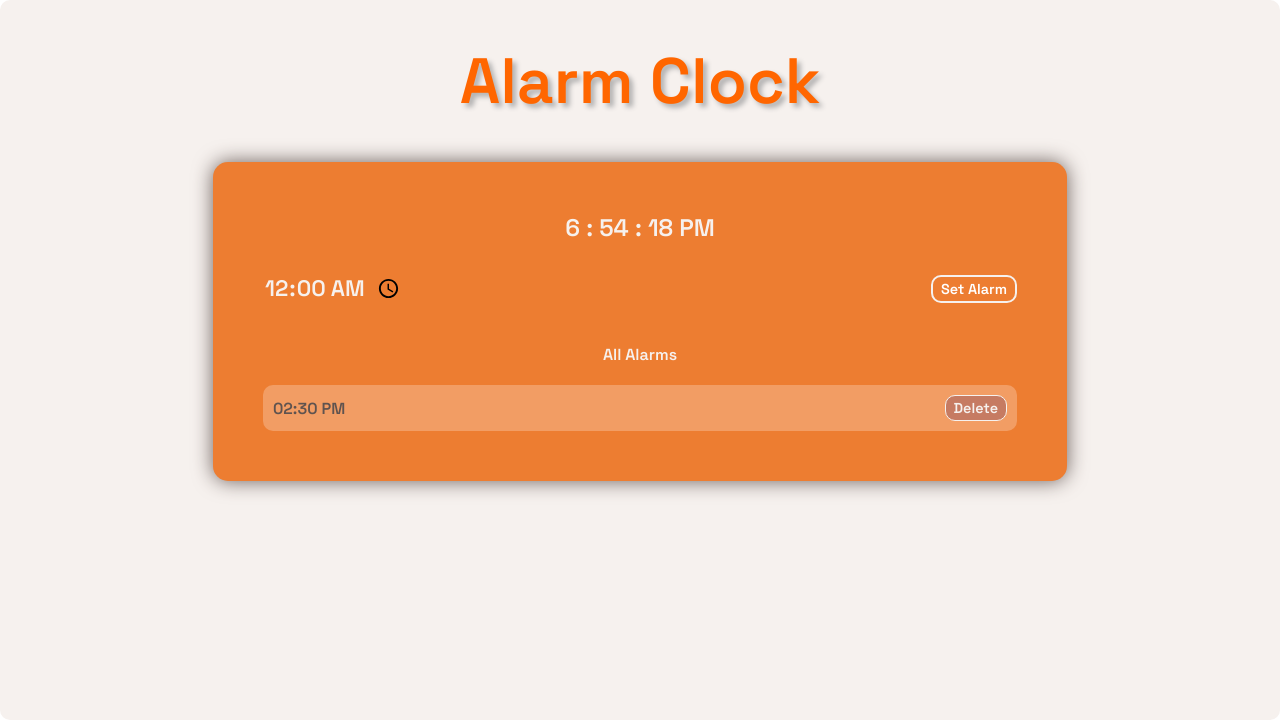
Repository: Pragya016/Alarm-Clock
Page: Index.html
These files come from the project's save history. The page is drawn as it stood at one moment and after the next save; the edit follows.
The browser window is 1280 px wide. The pictures show the whole page.

Above is the page before, as saved 2024-01-19 22:25:54.

After the next save:
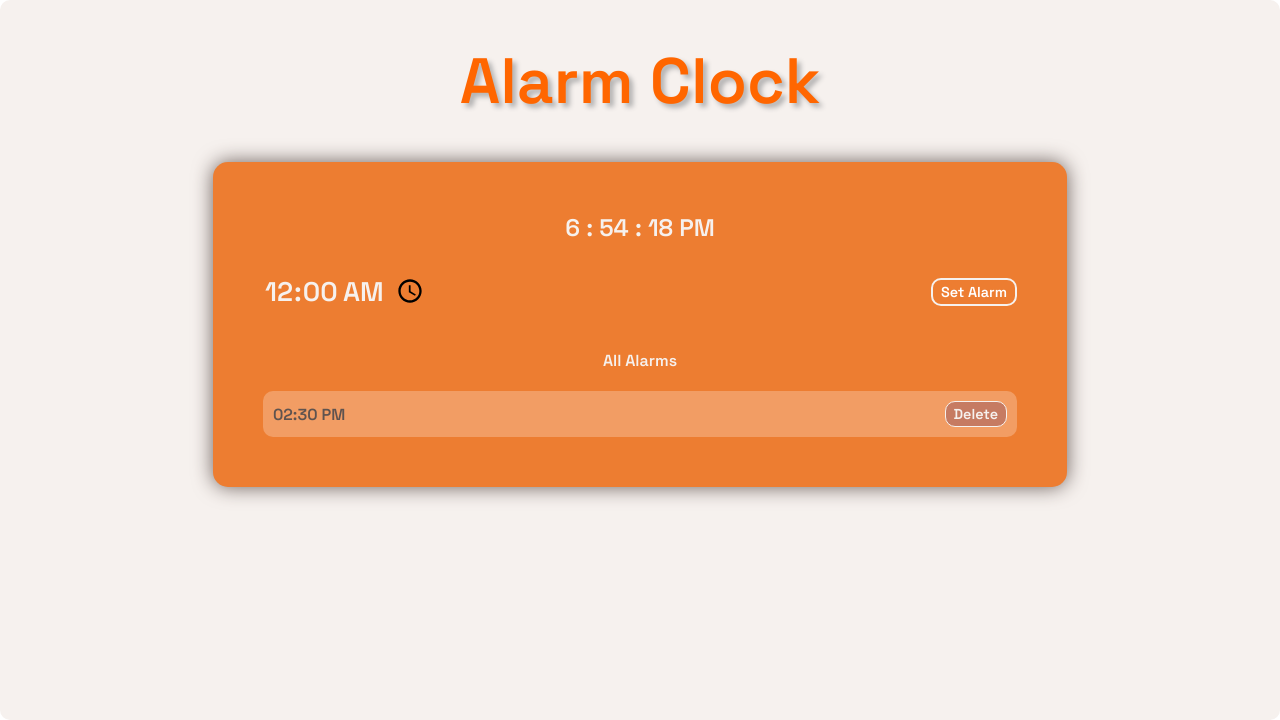
Saved 9 s later.
--- a/styles.css
+++ b/styles.css
@@ -67,7 +67,7 @@ font-family: 'Space Grotesk', sans-serif;
 #set-alarm {
     display: flex;
     justify-content: space-between;
-    font-size: 1rem;
+    font-size: 1.2rem;
     width: 100%;
     margin: 30px auto 20px auto;
 }
